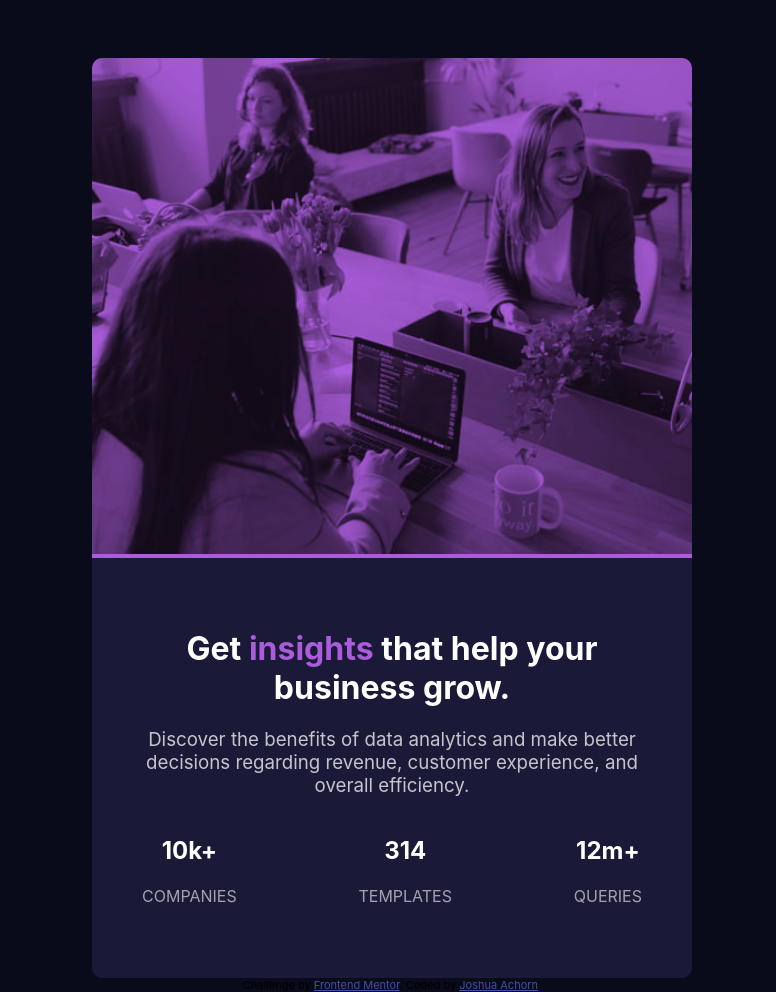
Repository: Achorn/stats-preview-card
Page: index.html
The author's editor kept a copy of each file at every save. The page is drawn from the files as they stood at one save, then again after the next save.
The browser window is 768 px wide. The page is 776 px wide, so the pictures cover 776 px, including what lies to the right of the window. The pictures show the whole page.
Some web fonts or font styles are not loaded; a fallback is used.

Above is the page before, as saved 2021-06-17 08:40:34.

After the next save:
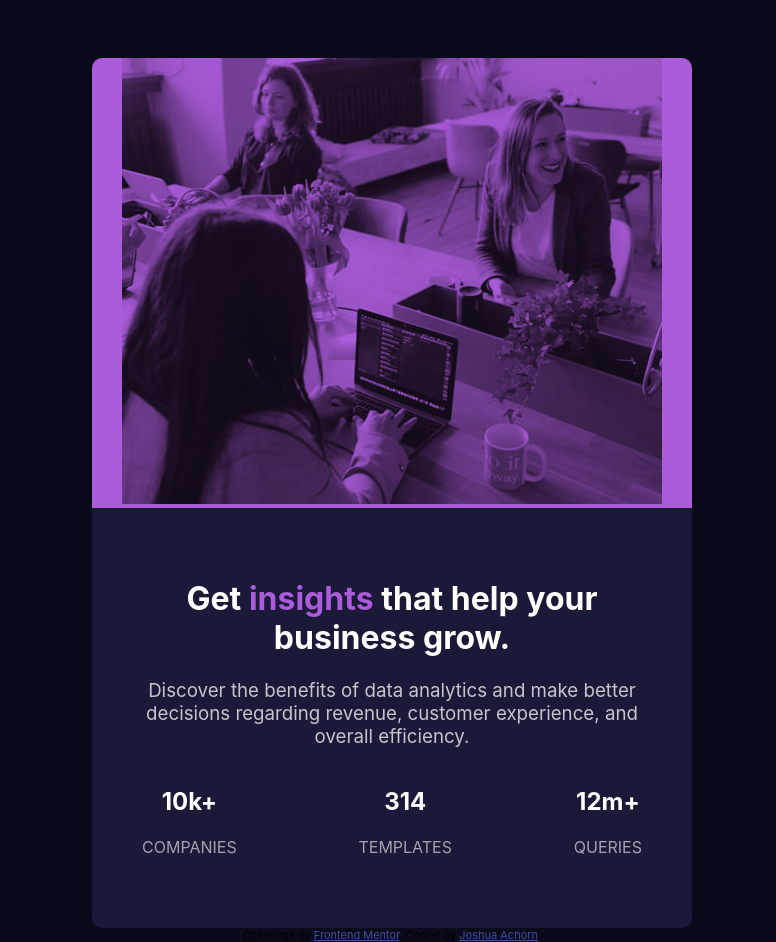
Saved 2 min 2 s later.
--- a/styles.css
+++ b/styles.css
@@ -66,8 +66,8 @@
     flex-direction: column-reverse;
   }
   img {
-    width: 100%;
-    height: auto;
+    /* width: 100%; */
+    /* height: auto; */
   }
 }
 

After the 3 saves that followed:
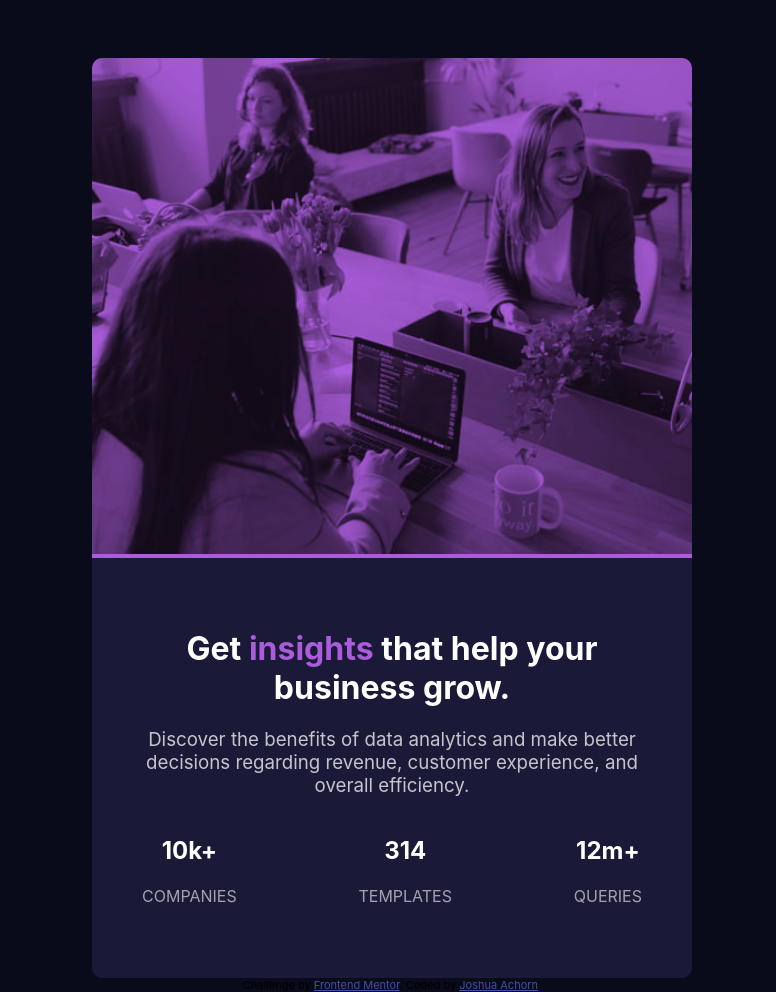
The 3 saves are shown as one change because 2 left the picture as it was.
The last was saved 42 s later.
--- a/styles.css
+++ b/styles.css
@@ -66,8 +66,8 @@
     flex-direction: column-reverse;
   }
   img {
-    /* width: 100%; */
-    /* height: auto; */
+    width: 100%;
+    height: auto;
   }
 }
 
